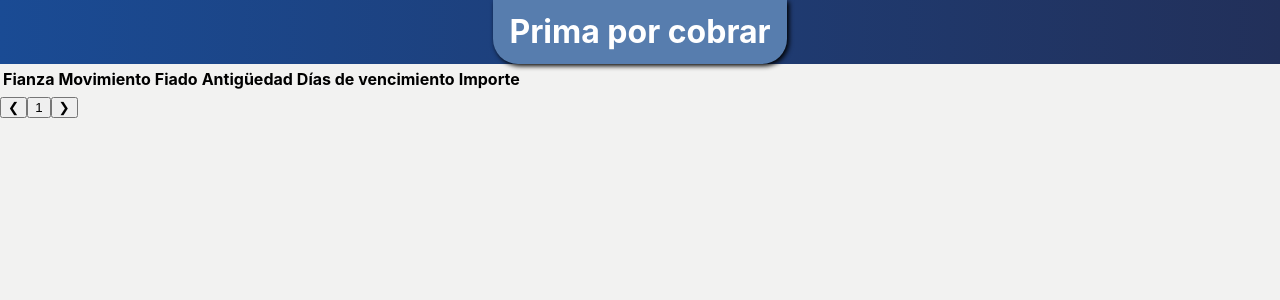
Repository: PCGP22/prueba-t-cnica-liberty-finanzas
Page: / (app in Prueba técnica full-stack/client/)
An editor plug-in stored every save of this project. The page is shown before and after the next save, followed by the edit.
The browser window is 1280 px wide. The pictures show the whole page.
The page's requests for data from a server got no answer. The project was rebuilt for these pictures with package versions that can differ from the ones it lists, and the page was loaded fresh each time. No one was signed in, and anything a server would have sent is missing. Also part of the build but not shown: Prueba técnica full-stack/client/vite.config.js, Prueba técnica full-stack/client/src/components/Card.jsx, Prueba técnica full-stack/client/src/components/CardsContainer.jsx, Prueba técnica full-stack/client/src/components/Filters.jsx.

Above is the page before, as saved 2023-11-14 07:58:29.

After the next save:
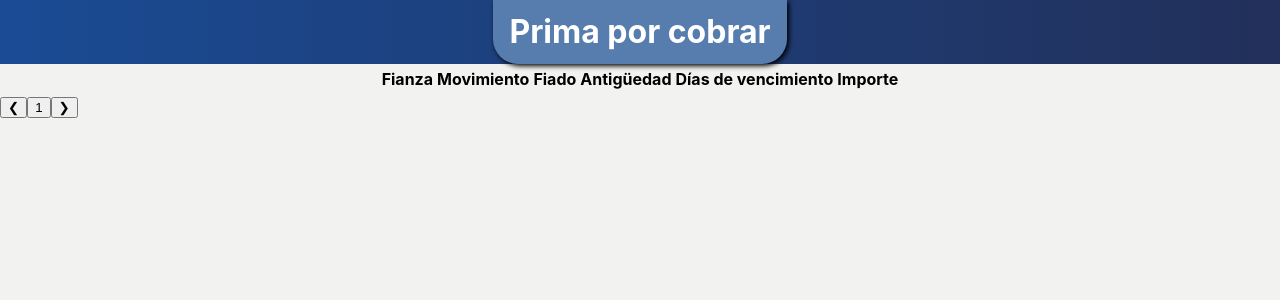
Saved 65 s later.
--- a/Prueba técnica full-stack/client/src/index.css
+++ b/Prueba técnica full-stack/client/src/index.css
@@ -124,3 +124,7 @@ header{
 .check{
   color: var(--icon-green)
 }
+
+table{
+  margin: auto;
+}
